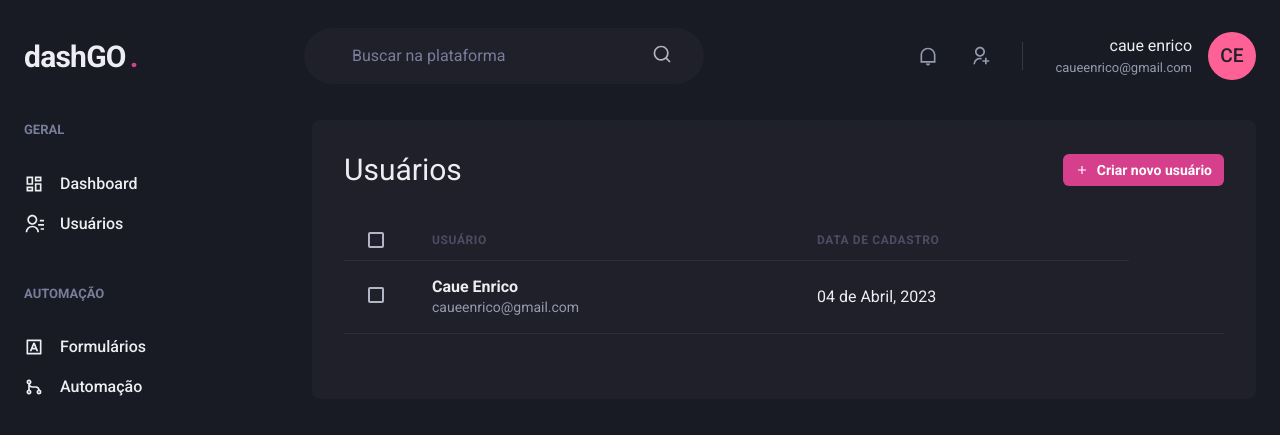
Repository: caueenrico/DashGO
Page: /user
These files come from the project's save history. The page is drawn as it stood at one moment and after the next save; the edit follows.
The browser window is 1280 px wide. The pictures show the whole page.
The project was rebuilt for these pictures with package versions that can differ from the ones it lists, and the page was loaded fresh each time. The framework's server and built-in components were replaced by stand-ins that run in the browser. Also part of the build but not shown: next.config.js.

Above is the page before, as saved 2023-03-15 10:57:07.

### src/pages/_app.tsx
import { theme } from '@/styles/theme'
import { ChakraProvider } from '@chakra-ui/react'
import type { AppProps } from 'next/app'

export default function App({ Component, pageProps }: AppProps) {
  return (
    <ChakraProvider theme={theme}>
      <Component {...pageProps} />
    </ChakraProvider>

  )
}

### src/pages/_document.tsx
import { Html, Head, Main, NextScript } from 'next/document'

export default function Document() {
  return (
    <Html lang="en">
      <Head>
        <link rel="preconnect" href="https://fonts.googleapis.com"/>
        <link rel="preconnect" href="https://fonts.gstatic.com" />
        <link href="https://fonts.googleapis.com/css2?family=Roboto:wght@400;500;700&display=swap" rel="stylesheet"/>
      </Head>
      <body>
        <Main />
        <NextScript />
      </body>
    </Html>
  )
}

### src/pages/user/index.tsx
import { Header } from "@/components/Header";
import { SideBar } from "@/components/SideBar";
import { Box, Button, Checkbox, Flex, Heading, Icon, Table, Tbody, Td, Text, Th, Thead, Tr } from "@chakra-ui/react";
import { RiAddLine } from "react-icons/ri";

export default function UserList() {
  return (
    <Box>
      <Header/>

      <Flex w="100%" my="6" maxWidth={1480} mx="auto" px="6" >

        <SideBar />

        <Box flex="1" borderRadius={8} bg="gray.800" p="8">
          <Flex mb="8" justify="space-between" align="center">
            <Heading size="lg" fontWeight="normal">Usuários</Heading>

            <Button as="a" size="sm" fontSize="sm" colorScheme="pink" leftIcon={<Icon as={RiAddLine}/>} >
              Criar novo usuário
            </Button>
          </Flex>

          <Table colorScheme="whiteAlpha">

            <Thead>
              <Tr>
                <Th px="6" color="gray.300" w="8" >
                  <Checkbox colorScheme="pink"/>
                </Th>
                <Th>Usuário</Th>
                <Th>Data de cadastro</Th>
              </Tr>
            </Thead>

            <Tbody>
              <Tr>
                <Td>
                  <Checkbox colorScheme="pink"/>
                </Td>
                <Td>
                  <Box>
                    <Text fontWeight="bold">Caue Enrico</Text>
                    <Text fontSize="sm" color="gray.300">
                      caueenrico@gmail.com
                    </Text>
                  </Box>
                </Td>
                <Td>04 de Abril, 2023</Td>
                <Td>

                </Td>
              </Tr>
            </Tbody>

          </Table>

        </Box>

      </Flex>
    </Box>
  )
}

### src/components/Header.tsx
import { Flex, Input, Text, Icon, HStack, Box, Avatar } from "@chakra-ui/react";
import {
  RiSearchLine,
  RiNotificationLine,
  RiUserAddLine,
} from "react-icons/ri";

export function Header() {
  return (
    <Flex
      as="header"
      w="100%"
      maxWidth={1480}
      h="20"
      mx="auto"
      mt="4"
      px="6"
      align="center"
    >
      <Text
        fontSize="3xl"
        fontWeight="bold"
        letterSpacing="tight" //para deixar a letra mais apertada
        w="64"
      >
        dashGO
        <Text as="span" ml="1" color="pink.500">
          .
        </Text>
      </Text>

      <Flex
        as="label"
        flex="1"
        py="4"
        px="8"
        ml="6"
        maxWidth={400}
        alignSelf="center"
        color="gray.200"
        position="relative"
        bg="gray.800"
        borderRadius="full"
      >
        <Input
          color="gray.50"
          variant="unstyled"
          px="4"
          mr="4"
          placeholder="Buscar na plataforma"
          _placeholder={{ color: "gray.400" }}
        />

        <Icon as={RiSearchLine} fontSize="20" />
        {/* tive que fazer isso acima, por uma recomendação do chakra, entao no caso Icon vem do chakra e o RiSearchLine vem do react-icons */}
      </Flex>

      <Flex align="center" ml="auto">
        <HStack
          spacing="8"
          mx="8"
          pr="8"
          py="1"
          color="gray.300"
          borderRightWidth={1}
          borderColor="gray.700"
        >
          <Icon as={RiNotificationLine} fontSize="20" />
          <Icon as={RiUserAddLine} fontSize="20" />
        </HStack>
      </Flex>

      <Flex align="center">

        <Box mr="4" textAlign="right">
          <Text>caue enrico</Text>
          <Text color="gray.300" fontSize="small">
            caueenrico@gmail.com
          </Text>
        </Box>
        <Avatar size="md" name="Caue Enrico" />

      </Flex>
    </Flex>
  );
}

### src/components/SideBar.tsx
import { Box, Link, Stack, Text, Icon } from "@chakra-ui/react";
import { RiDashboardLine, RiContactsLine, RiInputMethodLine, RiGitMergeLine } from "react-icons/ri";

export function SideBar() {
  return (
    <Box as="aside" w="64" mr="8">
      <Stack spacing="12" align="flex-start" >
        <Box>
          <Text fontWeight="bold" color="gray.400" fontSize="small">GERAL</Text>
          <Stack spacing="4" mt="8" align="stretch" >
            <Link display="flex" alignItems="center" >
              <Icon as={RiDashboardLine} fontSize="20" />
              <Text ml="4" fontWeight="medium" >Dashboard</Text>
            </Link>
            <Link display="flex" alignItems="center" >
              <Icon as={RiContactsLine} fontSize="20" />
              <Text ml="4" fontWeight="medium" >Usuários</Text>
            </Link>
          </Stack>
        </Box>

        <Box>
          <Text fontWeight="bold" color="gray.400" fontSize="small">AUTOMAÇÃO</Text>
          <Stack spacing="4" mt="8" align="stretch" >
            <Link display="flex" alignItems="center" >
              <Icon as={RiInputMethodLine} fontSize="20" />
              <Text ml="4" fontWeight="medium">Formulários</Text>
            </Link>
            <Link display="flex" alignItems="center" >
              <Icon as={RiGitMergeLine} fontSize="20" />
              <Text ml="4" fontWeight="medium">Automação</Text>
            </Link>
          </Stack>
        </Box>
      </Stack>

    </Box>
  )
}

Loaded but not shown: src/styles/theme.ts (common file)

After the next save:
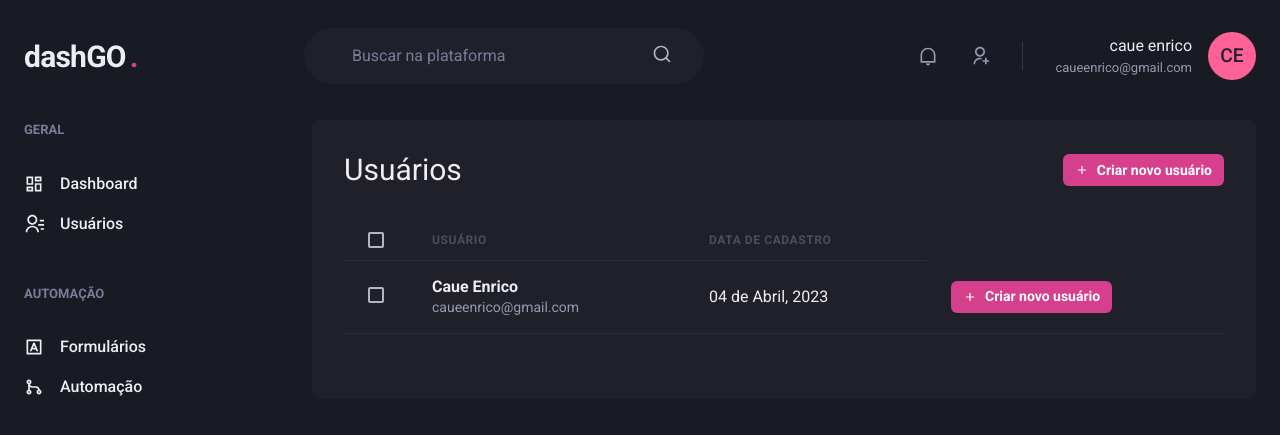
Saved 8 s later.
--- a/src/pages/user/index.tsx
+++ b/src/pages/user/index.tsx
@@ -48,7 +48,9 @@ export default function UserList() {
                 </Td>
                 <Td>04 de Abril, 2023</Td>
                 <Td>
-
+                <Button as="a" size="sm" fontSize="sm" colorScheme="pink" leftIcon={<Icon as={RiAddLine}/>} >
+              Criar novo usuário
+            </Button>
                 </Td>
               </Tr>
             </Tbody>
